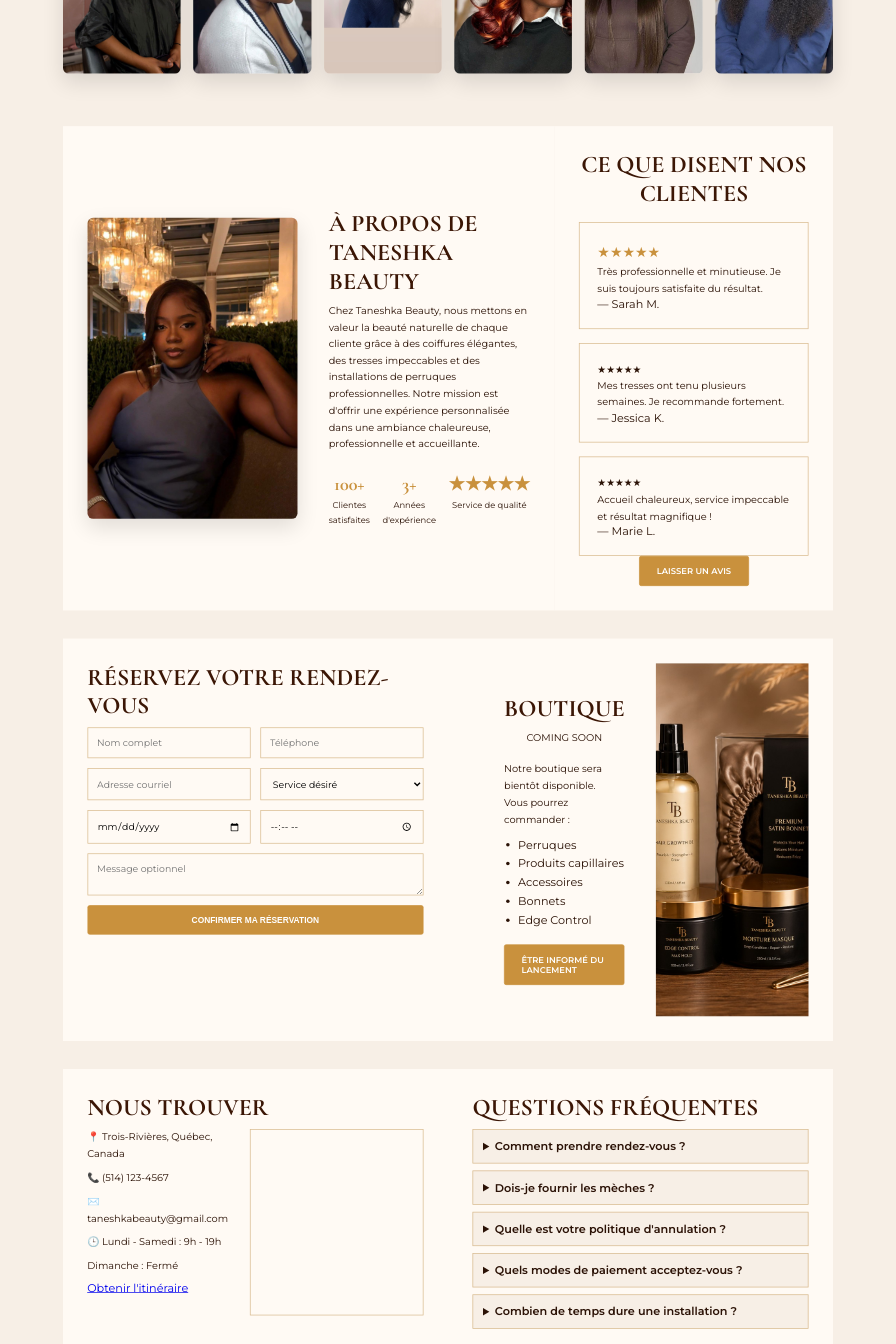
Repository: kngnepi/Taneshka-Beauty-House
Page: index.html
These files come from the project's save history. The page is drawn as it stood at one moment and after the next save; the edit follows.
The browser window is 1280 px wide. The pictures show the part of the page from y = 1823 to 3743 px (the page is 3997 px tall before and 3890 px after), at 70% of full size.
Pictures or frames that could not be fetched are drawn as grey boxes.

Above is the page before, as saved 2026-07-05 19:00:56.

After the next save:
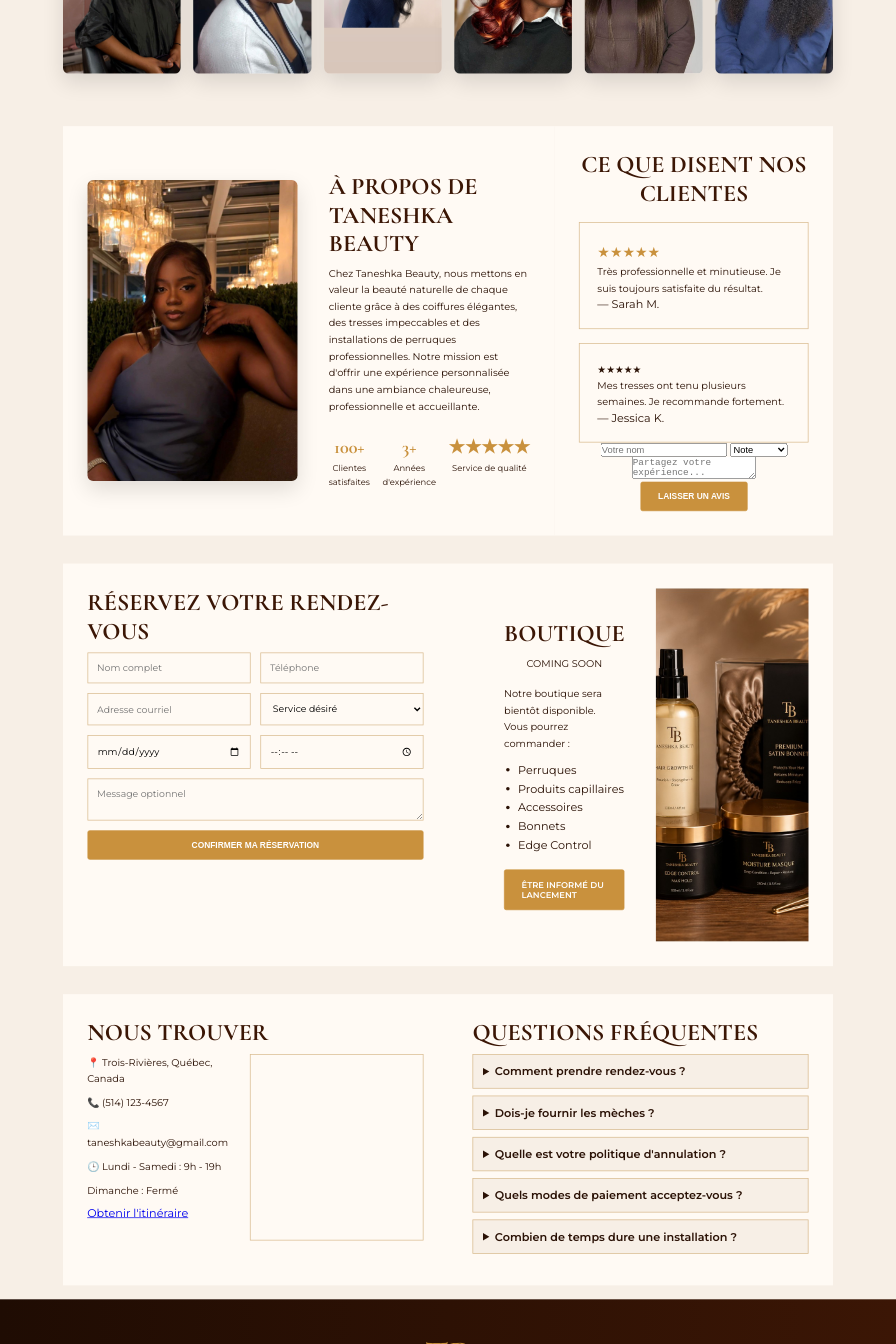
Saved 4 min 24 s later.
--- a/index.html
+++ b/index.html
@@ -154,30 +154,39 @@
   </div>
 
   <div class="reviews-box">
-    <h2>Ce que disent nos clientes</h2>
-
-    <div class="reviews-grid">
-      <div class="review-card">
-        <p class="stars">★★★★★</p>
-        <p>Très professionnelle et minutieuse. Je suis toujours satisfaite du résultat.</p>
-        <span>— Sarah M.</span>
-      </div>
-
-      <div class="review-card">
-        <p class="stars">★★★★★</p>
-        <p>Mes tresses ont tenu plusieurs semaines. Je recommande fortement.</p>
-        <span>— Jessica K.</span>
-      </div>
-
-      <div class="review-card">
-        <p class="stars">★★★★★</p>
-        <p>Accueil chaleureux, service impeccable et résultat magnifique !</p>
-        <span>— Marie L.</span>
-      </div>
-    </div>
-
-    <a href="#booking" class="btn-gold">Laisser un avis</a>
-  </div>
+  <h2>Ce que disent nos clientes</h2>
+
+  <div class="reviews-grid" id="reviewsList">
+    <div class="review-card">
+      <p class="stars">★★★★★</p>
+      <p>Très professionnelle et minutieuse. Je suis toujours satisfaite du résultat.</p>
+      <span>— Sarah M.</span>
+    </div>
+
+    <div class="review-card">
+      <p class="stars">★★★★★</p>
+      <p>Mes tresses ont tenu plusieurs semaines. Je recommande fortement.</p>
+      <span>— Jessica K.</span>
+    </div>
+  </div>
+
+  <form class="review-form" id="reviewForm">
+    <input type="text" id="reviewName" placeholder="Votre nom" required />
+
+    <select id="reviewRating" required>
+      <option value="">Note</option>
+      <option value="5">★★★★★</option>
+      <option value="4">★★★★</option>
+      <option value="3">★★★</option>
+      <option value="2">★★</option>
+      <option value="1">★</option>
+    </select>
+
+    <textarea id="reviewText" placeholder="Partagez votre expérience..." required></textarea>
+
+    <button type="submit" class="btn-gold">Laisser un avis</button>
+  </form>
+</div>
 </section>
 
 <!-- BOOKING + PRODUCTS -->
